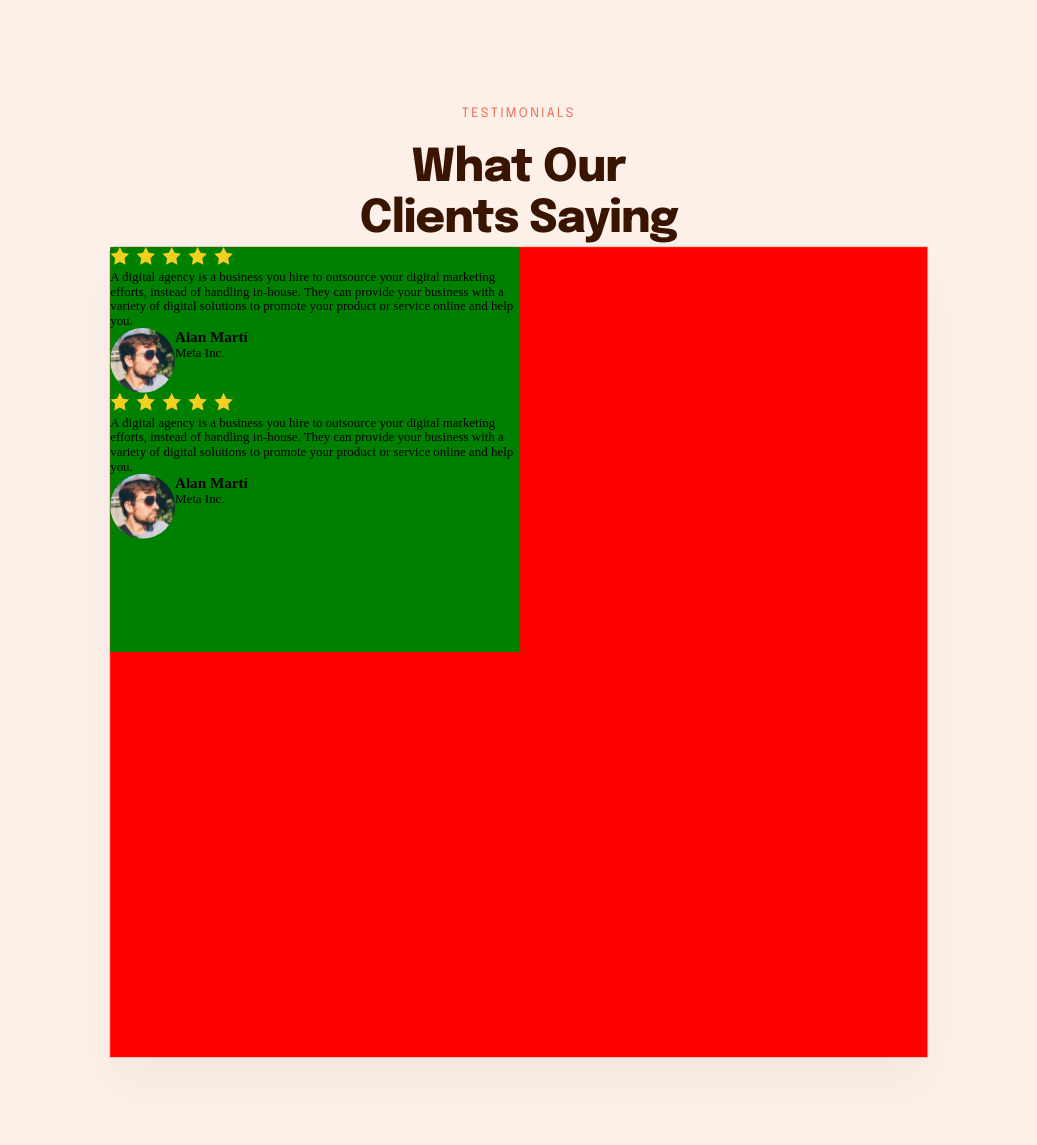
Repository: simralgasimov/task
Page: index.html
An editor plug-in stored every save of this project. The page is shown before and after the next save, followed by the edit.
The browser window is 1280 px wide. The pictures show the whole page, at 81% of full size.

Above is the page before, as saved 2023-09-06 13:36:43.

After the next save:
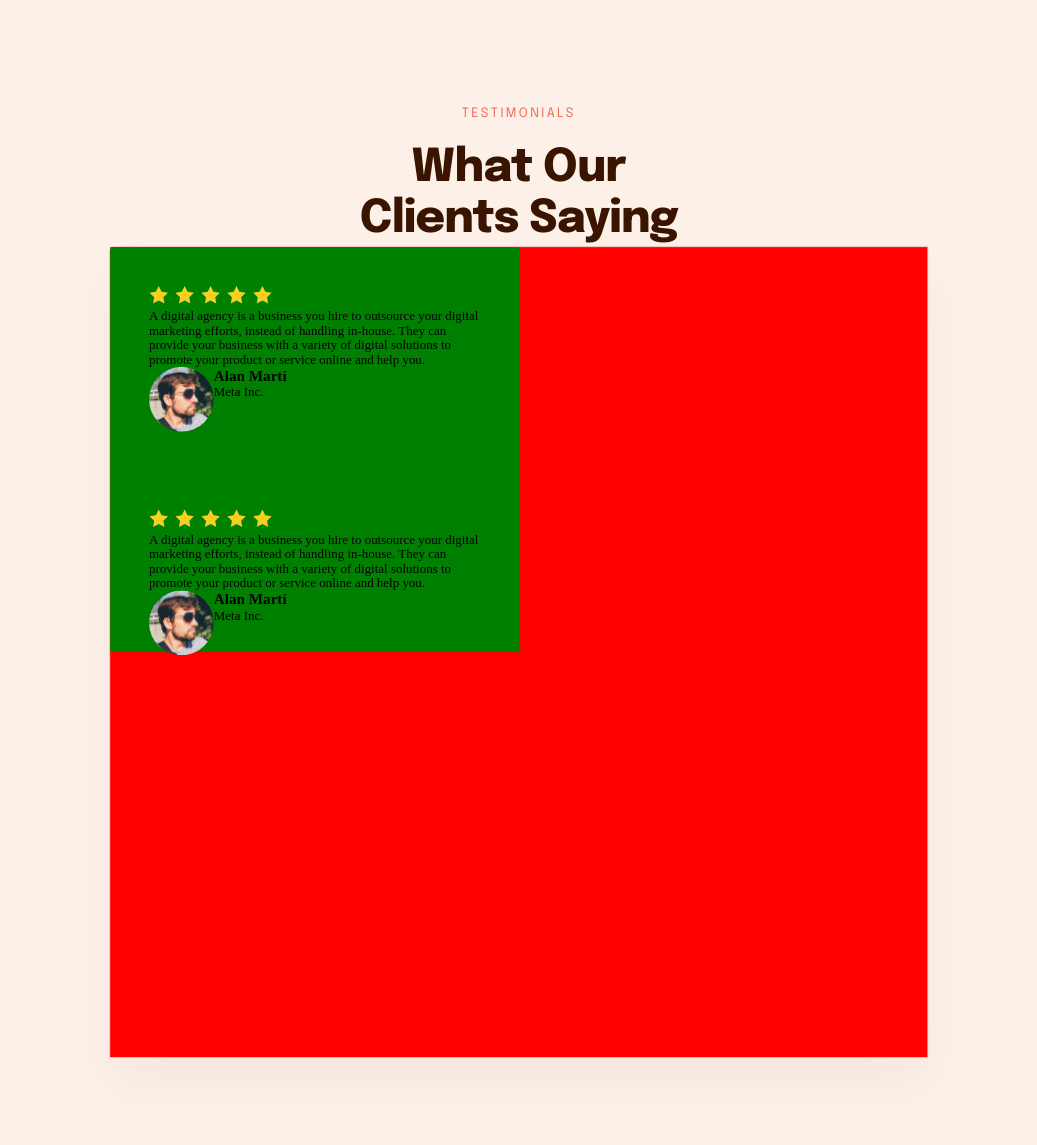
Saved 5 s later.
--- a/index.css
+++ b/index.css
@@ -53,7 +53,7 @@ background-color: red;
     background-color: green;
 }
 .container .comment .box{
-
+    padding: 48px;
 }
 .container .comment .box-1 p {
   width: 490px;
